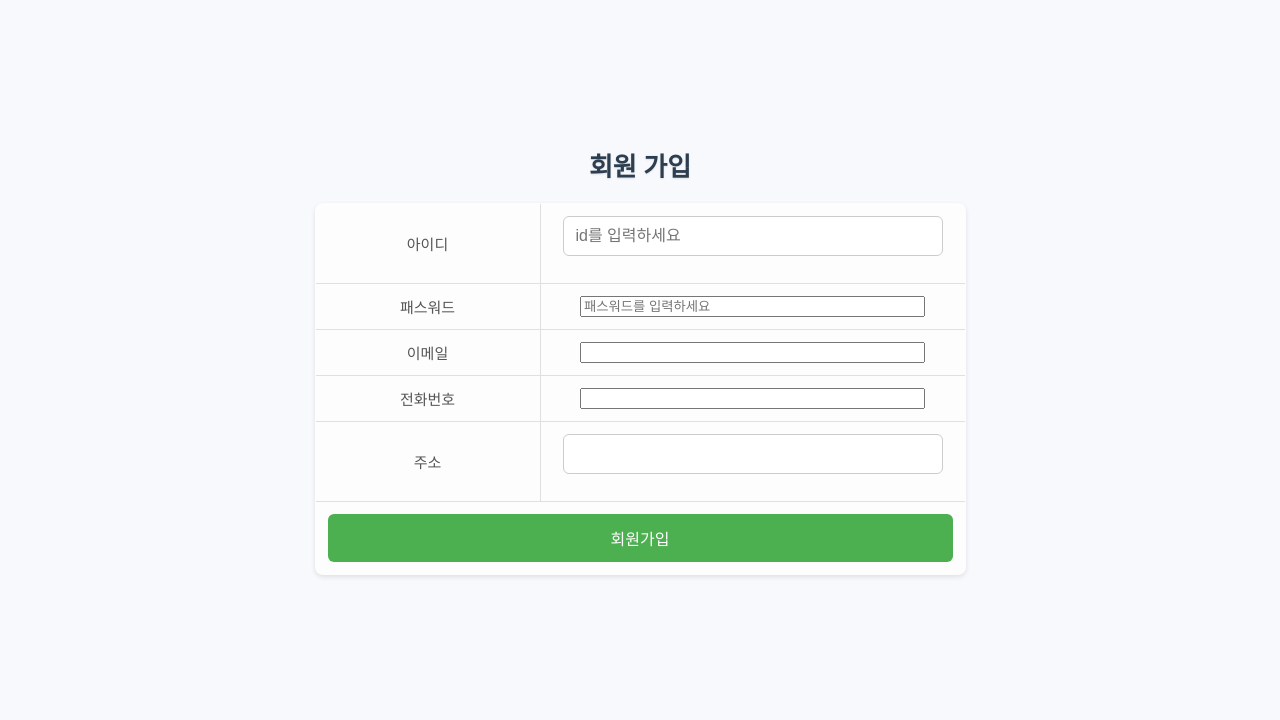
Repository: topblame/Bootcamp
Page: http://localhost/JSP_250408/chapter03/02_Member_form.jsp
An editor plug-in stored every save of this project. The page is shown before and after the next save, followed by the edit.
The browser window is 1280 px wide. The pictures show the whole page.
The page is served by Tomcat 9.

Above is the page before, as saved 2025-06-26 01:19:35.

After the next save:
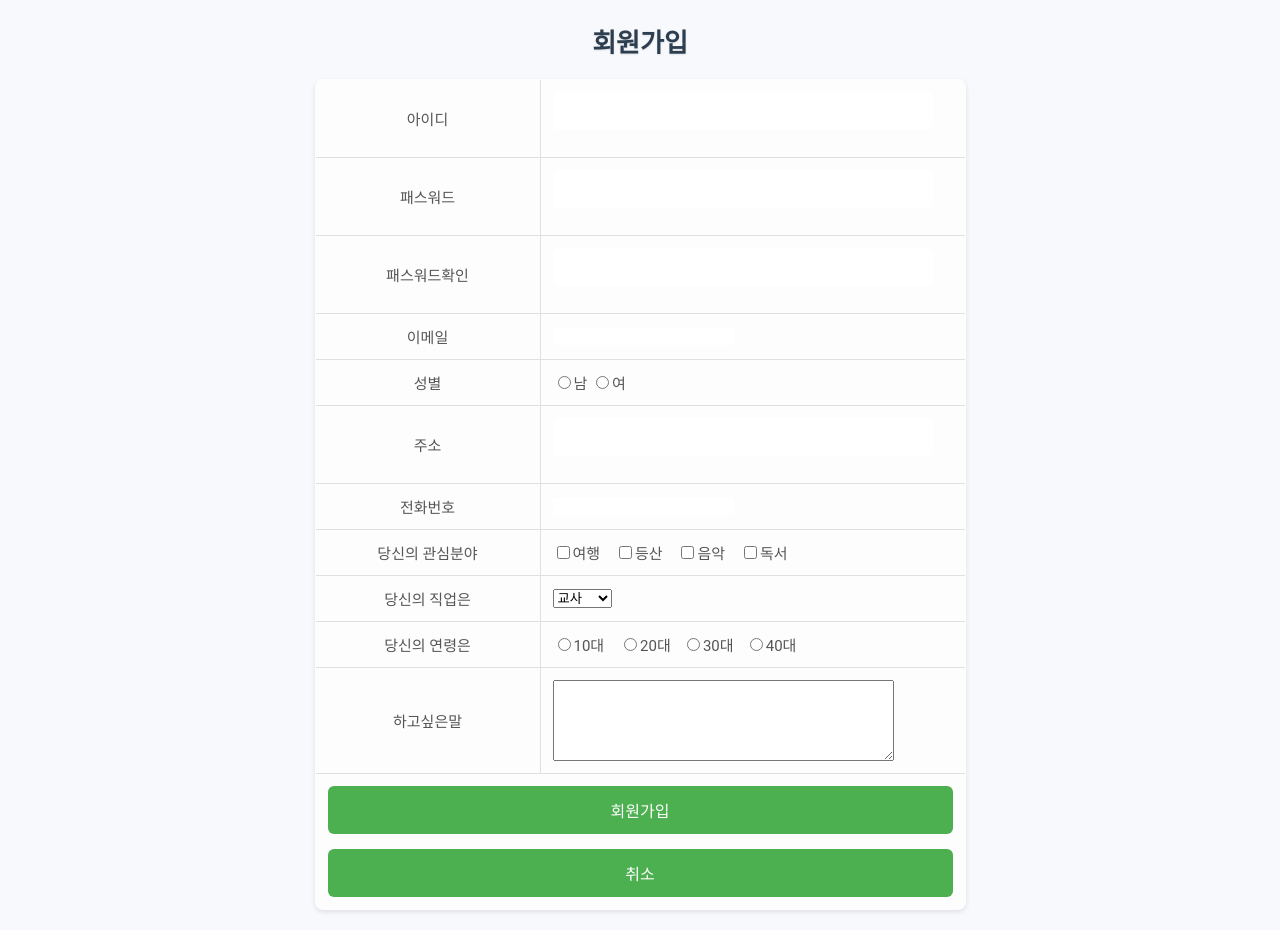
Saved 22 min 57 s later.
--- a/WebMvc/JSP_250408/src/main/webapp/chapter03/02_Member_form.jsp
+++ b/WebMvc/JSP_250408/src/main/webapp/chapter03/02_Member_form.jsp
@@ -9,41 +9,86 @@
 </head>
 <body>
 	<center>
-		<h2>회원 가입</h2>
-		<form action="MemberDB_Join.jsp" method="post">
-			<table width="500" border="1">
-				<tr height="40">
-					<td width="200" align="center">아이디</td>
-					<td width="400" align="center"><input type="text" name="id"
-						size="40" placeholder="id를 입력하세요"></td>
-				</tr>
-				<tr height="40">
-					<td width="200" align="center">패스워드</td>
-					<td width="400" align="center"><input type="pass" name="pass"
-						size="40" placeholder="패스워드를 입력하세요"></td>
-				</tr>
-				<tr height="40">
-					<td width="200" align="center">이메일</td>
-					<td width="400" align="center"><input type="email"
-						name="email" size="40"></td>
-				</tr>
-				<tr height="40">
-					<td width="200" align="center">전화번호</td>
-					<td width="400" align="center"><input type="phone" name="tel"
-						size="40"></td>
-				</tr>
-
-				<tr height="40">
-					<td width="200" align="center">주소</td>
-					<td width="400" align="center"><input type="text"
-						name="address" size="40"></td>
-				</tr>
-
-				<tr height="50">
-					<td align="center" colspan="2"><input type="submit"
-						value="회원가입"></td>
-				</tr>
-			</table>
-		</form>
+      <h2>회원가입</h2>
+      <form action="MemberDB_Join.jsp" method="post">
+         <table width="600" border="1">
+            <tr height="40">
+               <td width="200" align="center">아이디</td>
+               <td width="400" align="left">
+               <input type="text" name="id" style="border: none; outline: none;"></td>
+            </tr>
+            <tr height="40">
+               <td width="200" align="center">패스워드</td>
+               <td width="400" align="left">
+               <input type="password" name="pass1" style="border: none; outline: none;"></td>
+            </tr>
+            <tr height="40">
+               <td width="200" align="center">패스워드확인</td>
+               <td width="400" align="left">
+               <input type="password"    name="pass2" style="border: none; outline: none;"></td>
+            </tr>
+            <tr height="40">
+               <td width="200" align="center">이메일</td>
+               <td width="400" align="left">
+               <input type="email" name="email" style="border: none; outline: none;"></td>
+            </tr>
+            <tr height="40">
+               <td width="200" align="center">성별</td>
+               <td width="400" align="left">
+               <input type="radio" name="gender" value="남">남 <input type="radio" name="gender" value="여">여
+               </td>
+               </td>
+            </tr>
+            <tr height="40">
+               <td width="200" align="center">주소</td>
+               <td width="400" align="left">
+               <input type="text" name="address" style="border: none; outline: none;"></td>
+            </tr>
+            <tr height="40">
+               <td width="200" align="center">전화번호</td>
+               <td width="400" align="left">
+               <input type="phone" name="phone" style="border: none; outline: none;"></td>
+            </tr>
+            <tr height="40">
+               <td width="200" align="center">당신의 관심분야</td>
+               <td width="400" align="left">
+               <input type="checkbox"    name="hobby" value="여행">여행 &nbsp;&nbsp;
+               <input type="checkbox" name="hobby" value="등산">등산 &nbsp;&nbsp;
+               <input type="checkbox" name="hobby" value="음악">음악 &nbsp;&nbsp;
+               <input type="checkbox" name="hobby" value="독서">독서 &nbsp;&nbsp;</td>
+            </tr>
+            <tr height="40">
+               <td width="200" align="center">당신의 직업은</td>
+               <td width="400" align="left">
+               <select name="job">
+                     <option value="교사">교사</option>
+                     <option value="유투버">유투버</option>
+                     <option value="의사">의사</option>
+                     <option value="기술사">기술사</option>
+               </select></td>
+            </tr>
+            <tr height="40">
+               <td width="200" align="center">당신의 연령은</td>
+               <td width="400" align="left">
+                   <input type="radio" name="age" value="10">10대 &nbsp;&nbsp;
+                  <input type="radio" name="age" value="20">20대&nbsp;&nbsp;
+                  <input type="radio" name="age" value="30">30대&nbsp;&nbsp;
+                  <input type="radio" name="age" value="40">40대&nbsp;&nbsp;</td>
+            </tr>
+            <tr height="40">
+               <td width="200" align="center">하고싶은말</td>
+               <td width="400" align="left">
+               <textarea rows="5" cols="40" name="info"></textarea></td>
+            </tr>
+            <tr height="40">
+               <td width="600" align="center" colspan="2">
+               <input type="submit" value="회원가입">
+               <p></p>
+               <input type="reset" value="취소">
+               </td>
+            </tr>
+         </table>
+      </form>
+   </center>
 </body>
 </html>
